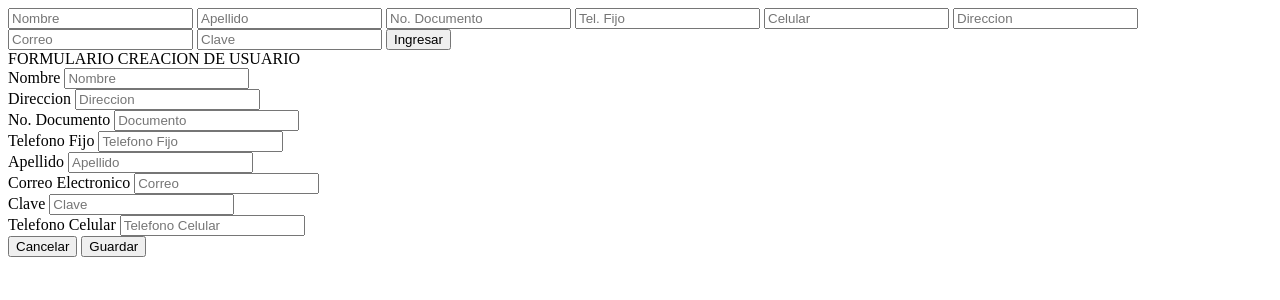
Repository: DA5CH25/kohaku_php
Page: http://localhost/kohaku_php/views/modules/ingresar.php
An editor plug-in stored every save of this project. The page is shown before and after the next save, followed by the edit.
The browser window is 1280 px wide. The pictures show the whole page.
The page is run by PHP 8.4 with error messages shown; the project is at /var/www/html/.

Above is the page before, as saved 2021-05-16 19:43:45.

### views/modules/ingresar.php
<!DOCTYPE html>
<html lang="en">
<head>
	<meta charset="UTF-8" />
	<title>Roles</title>
</head>
<body>



		<input name="nombre" placeholder="Nombre" />
		<input name="apellido" placeholder="Apellido" />
		<input name="numero_identificacion" placeholder="No. Documento" />
		<input name="telefono_fijo" placeholder="Tel. Fijo" />
		<input name="telefono_movil" placeholder="Celular" />
		<input name="direccion" placeholder="Direccion" />
		<input name="correo_electronico" placeholder="Correo" />
		<input name="clave" placeholder="Clave" />
		<input type="submit" value="Ingresar" />

	<div class="col-xl-9 col-lg-9 col-md-12 col-sm-12 col-12">
							<div class="card h-100">
								<div class="card-header">
									<div class="card-title">FORMULARIO CREACION DE USUARIO</div>
								</div>
								<div class="card-body">
									<div class="row gutters">
										<div class="col-xl-6 col-lg-6 col-md-6 col-sm-6 col-12">
											<form action="" method="POST">
											<div class="form-group">
												<label for="fullName">Nombre</label>
												<input type="text" class="form-control" id="fullName" placeholder="Nombre">
											</div>
											<div class="form-group">
												<label for="addRess">Direccion</label>
												<input type="text" class="form-control" id="addRess" placeholder="Direccion">
											</div>
											<div class="form-group">
												<label for="eMail">No. Documento</label>
												<input type="email" class="form-control" id="eMail" placeholder="Documento">
											</div>
											<div class="form-group">
												<label for="phone">Telefono Fijo</label>
												<input type="text" class="form-control" id="phone" placeholder="Telefono Fijo">
											</div>
										</div>
										<div class="col-xl-6 col-lg-6 col-md-6 col-sm-6 col-12">
											<div class="form-group">
												<label for="fullName">Apellido</label>
												<input type="text" class="form-control" id="fullName" placeholder="Apellido">
											</div>
											<div class="form-group">
												<label for="ciTy">Correo Electronico</label>
												<input type="name" class="form-control" id="ciTy" placeholder="Correo">
											</div>
											<div class="form-group">
												<label for="sTate">Clave</label>
												<input type="text" class="form-control" id="sTate" placeholder="Clave">
											</div>
											<div class="form-group">
												<label for="website">Telefono Celular</label>
												<input type="url" class="form-control" id="website" placeholder="Telefono Celular">
											</div>
											</div>
										<div class="col-xl-12 col-lg-12 col-md-12 col-sm-12 col-12">
											<div class="text-right">
												<button type="button" id="submit" name="submit" class="btn btn-white">Cancelar</button>
												<button type="button" id="submit" name="submit" class="btn btn-primary">Guardar</button>
											</div>
										</div>
										</form>
									</div>
								</div>
							</div>
						</div>
					</div>
					<!-- Row end -->
</body>
</html>

After the next save:
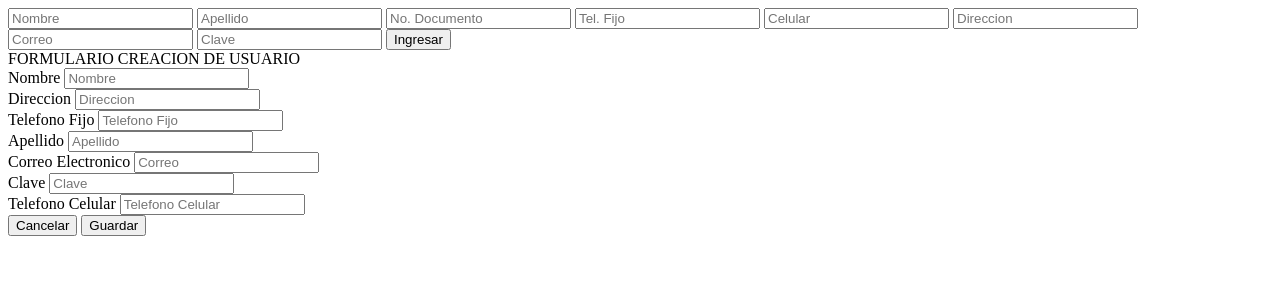
Saved 16 s later.
--- a/views/modules/ingresar.php
+++ b/views/modules/ingresar.php
@@ -35,10 +35,7 @@
 												<label for="addRess">Direccion</label>
 												<input type="text" class="form-control" id="addRess" placeholder="Direccion">
 											</div>
-											<div class="form-group">
-												<label for="eMail">No. Documento</label>
-												<input type="email" class="form-control" id="eMail" placeholder="Documento">
-											</div>
+
 											<div class="form-group">
 												<label for="phone">Telefono Fijo</label>
 												<input type="text" class="form-control" id="phone" placeholder="Telefono Fijo">
